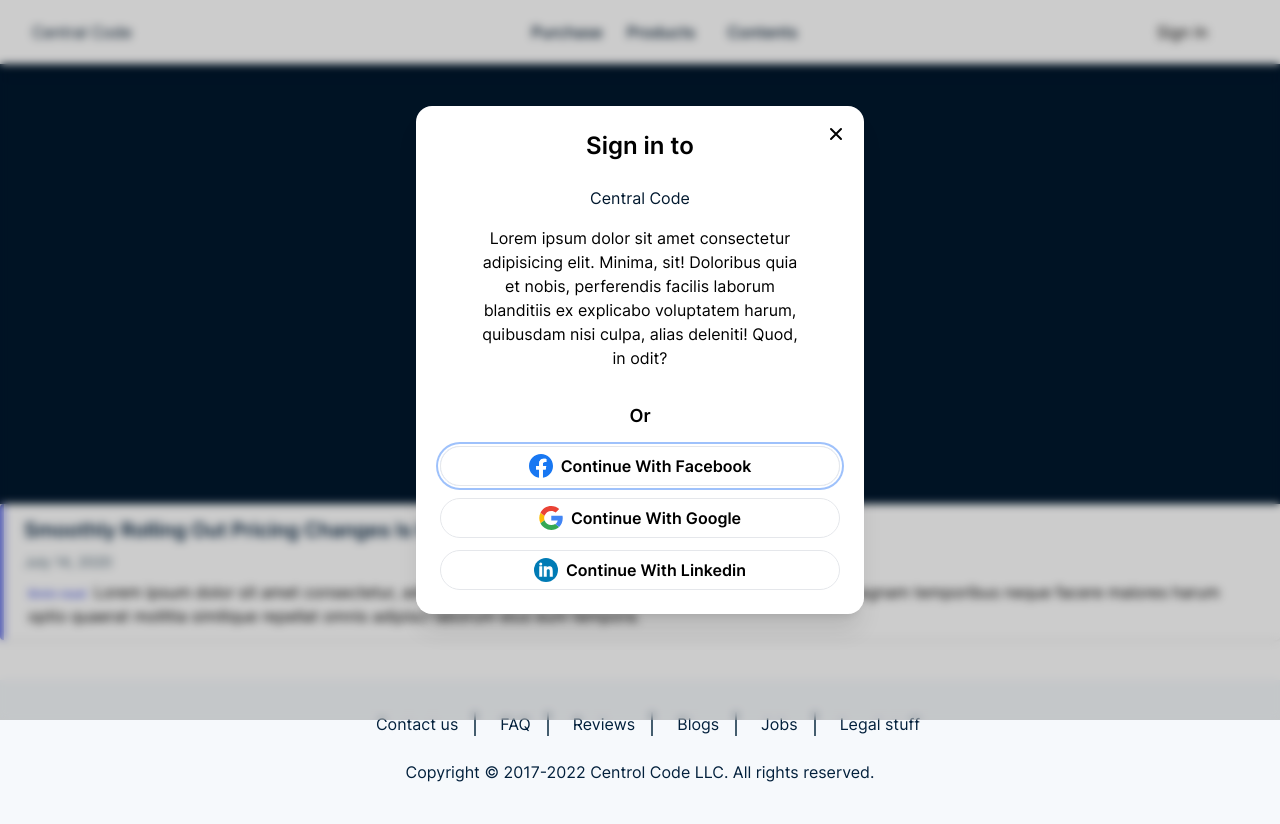
Repository: om1ars/Xjkey
Page: /privacy
These files come from the project's save history. The page is drawn as it stood at one moment and after a run of saves; the edit follows.
The browser window is 1280 px wide. The pictures show the whole page.
The project was rebuilt for these pictures with package versions that can differ from the ones it lists, and the page was loaded fresh each time. The framework's server and built-in components were replaced by stand-ins that run in the browser. Also part of the build but not shown: next.config.js.

Above is the page before, as saved 2022-03-20 23:08:22.

After the next 2 saves:
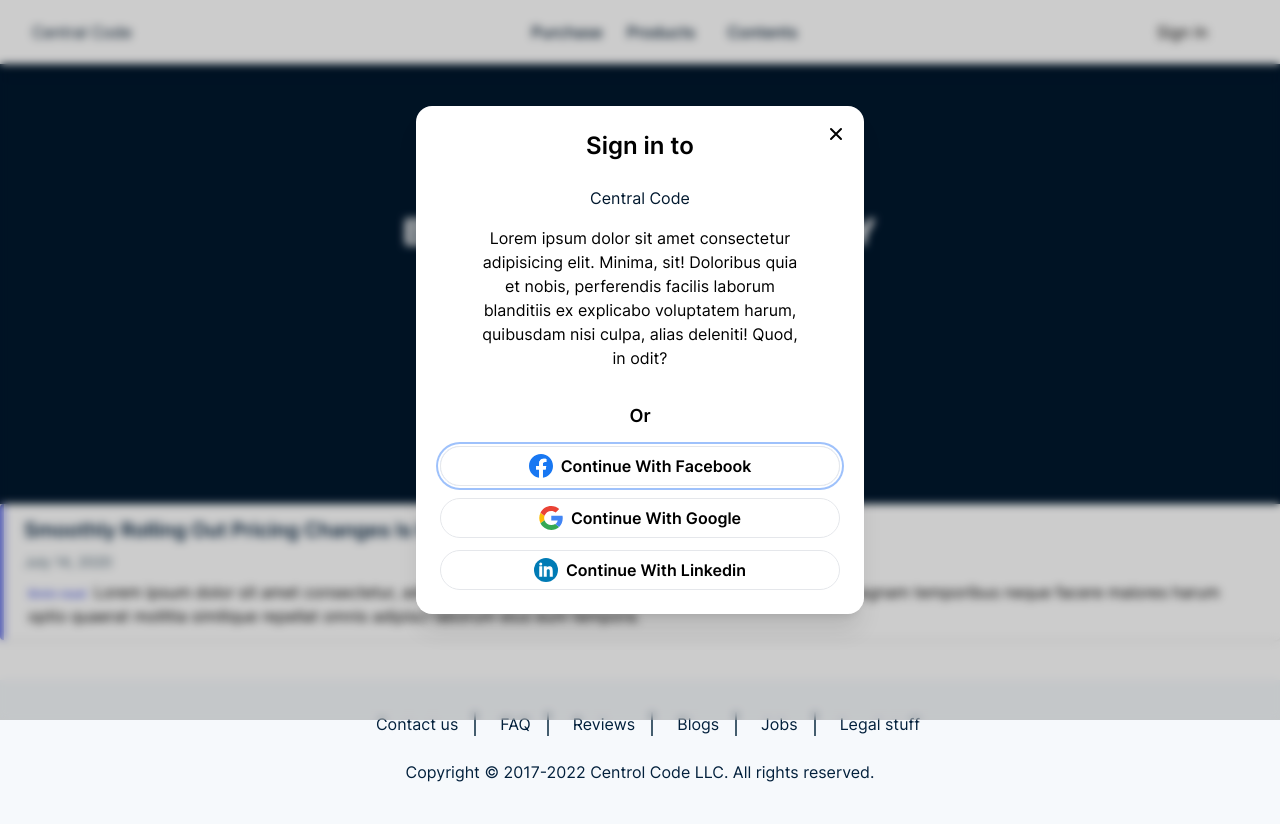
The 2 saves are shown as one change because they came seconds apart.
The last was saved 16 s later.
--- a/src/pages/privacy.tsx
+++ b/src/pages/privacy.tsx
@@ -4,7 +4,7 @@ import React from "react";
 export default function Privacy() {
   return (
     <div>
-     <Hero title='' />
+     <Hero title='Boring Privacy Policy' sub />
      <div className="rounded border-l-4 border-buttonBg bg-white py-3 px-5 shadow transition-all hover:-translate-y-1 hover:shadow-lg">
         <div className="flex flex-row items-center justify-between">
           <div>
